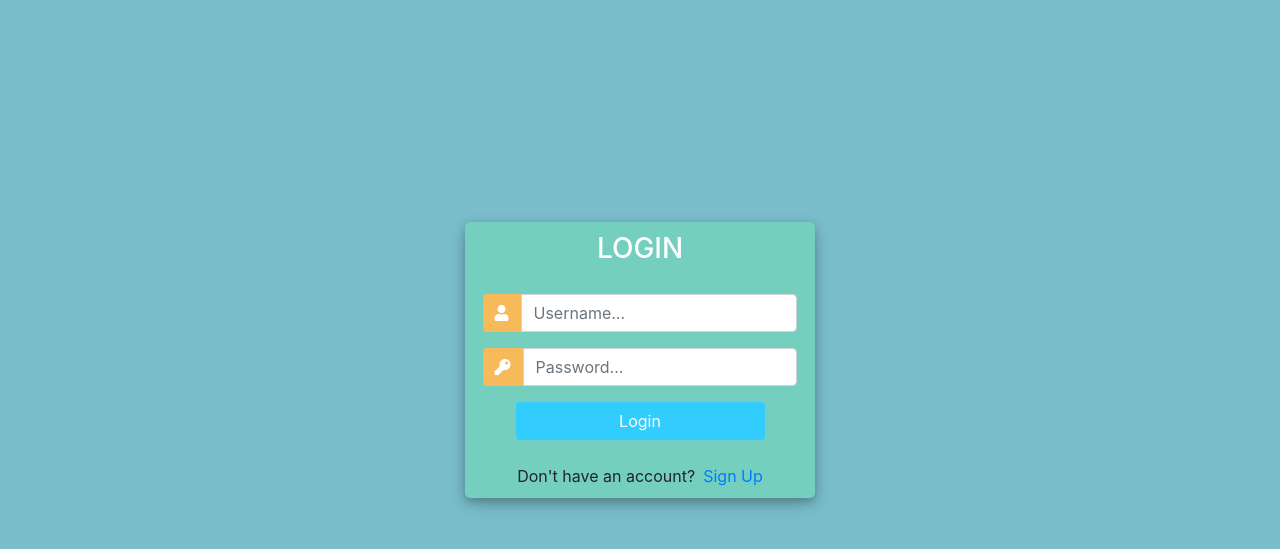
Repository: rohollah-naghipour/Login-form
Page: http://localhost/login/
The author's editor kept a copy of each file at every save. The page is drawn from the files as they stood at one save, then again after the next save.
The browser window is 1280 px wide. The pictures show the whole page.
Some web libraries are served in a nearby version. The page is served by the project's application, run on Django 5.2 (manage.py). Other server files are loaded and not shown.

Above is the page before, as saved 2024-12-07 13:53:08.

### users/templates/login.html


<!DOCTYPE html>
<html>

<head>
	<title>Login</title>
	<link rel="stylesheet" href="https://stackpath.bootstrapcdn.com/bootstrap/4.1.3/css/bootstrap.min.css" integrity="sha384-MCw98/SFnGE8fJT3GXwEOngsV7Zt27NXFoaoApmYm81iuXoPkFOJwJ8ERdknLPMO" crossorigin="anonymous">
	<script src="https://ajax.googleapis.com/ajax/libs/jquery/3.3.1/jquery.min.js"></script>
	<link rel="stylesheet" href="https://use.fontawesome.com/releases/v5.6.1/css/all.css" integrity="sha384-gfdkjb5BdAXd+lj+gudLWI+BXq4IuLW5IT+brZEZsLFm++aCMlF1V92rMkPaX4PP" crossorigin="anonymous">


	<style>
		body,
		html {
			margin: 0;
			padding: 0;
			height: 100%;
			background: #7abecc !important;
		}
		.user_card {
			width: 350px;
			margin-top: auto;
			margin-bottom: auto;
			background: #74cfbf;
			position: relative;
			display: flex;
			justify-content: center;
			flex-direction: column;
			padding: 10px;
			box-shadow: 0 4px 8px 0 rgba(0, 0, 0, 0.2), 0 6px 20px 0 rgba(0, 0, 0, 0.19);
			-webkit-box-shadow: 0 4px 8px 0 rgba(0, 0, 0, 0.2), 0 6px 20px 0 rgba(0, 0, 0, 0.19);
			-moz-box-shadow: 0 4px 8px 0 rgba(0, 0, 0, 0.2), 0 6px 20px 0 rgba(0, 0, 0, 0.19);
			border-radius: 5px;

		}

		.form_container {
			margin-top: 20px;
		}

		#form-title{
			color: #fff;

		}

		.login_btn {
			width: 100%;
			background: #33ccff !important;
			color: white !important;
		}
		.login_btn:focus {
			box-shadow: none !important;
			outline: 0px !important;
		}
		.login_container {
			padding: 0 2rem;
		}
		.input-group-text {
			background: #f7ba5b !important;
			color: white !important;
			border: 0 !important;
			border-radius: 0.25rem 0 0 0.25rem !important;
		}
		.input_user,
		.input_pass:focus {
			box-shadow: none !important;
			outline: 0px !important;
		}

		#messages{
			background-color: grey;
			color: #fff;
			padding: 10px;
			margin-top: 10px;
		}
	</style>

</head>
<body>
	<div class="container h-100">
		<div class="d-flex justify-content-center h-100">
			<div class="user_card">
				<div class="d-flex justify-content-center">


					<h3 id="form-title">LOGIN</h3>
				</div>
				<div class="d-flex justify-content-center form_container">
					<form method="POST" action="">
						{% csrf_token %}
						<div class="input-group mb-3">
							<div class="input-group-append">
								<span class="input-group-text"><i class="fas fa-user"></i></span>
							</div>
							<input type="text" name="username" placeholder="Username..." class="form-control">
						</div>
						<div class="input-group mb-2">
							<div class="input-group-append">
								<span class="input-group-text"><i class="fas fa-key"></i></span>
							</div>
								<input type="password" name="password" placeholder="Password..." class="form-control" >
						</div>

							<div class="d-flex justify-content-center mt-3 login_container">
				 				<input class="btn login_btn" type="submit" value="Login">
				   			</div>
					</form>

				</div>

				<div class="mt-4">
					<div class="d-flex justify-content-center links">
						Don't have an account? <a href="{% url 'register' %}" class="ml-2">Sign Up</a>
					</div>

				</div>
			</div>
		</div>
	</div>
</body>

</html>

### users/views.py
from django.shortcuts import redirect
from django.http import HttpResponse
from django.contrib.auth.forms import UserCreationForm
from django.shortcuts import render
from django.contrib.auth import login,authenticate,logout

from .models import User
from .forms import CreateUserForm


def registerPage(request):
    if request.method == 'POST':
        username = request.POST['username']
        email = request.POST['email']
        password = request.POST['password']
        user = User.objects.create_user(username= username, email= email, password=password)
        login(request,user)
        return redirect('login/')
    return render(request, 'register.html',status = 200)

def loginPage(request):
    if request.method == 'POST':
        username = request.POST['username']
        password = request.POST['password']

        user = authenticate(request, username = username, password=password)
        if user is not None:
            login(request, user)
            return redirect('Home/')
        else:
            return render(request, 'login.html', {'error': 'Invalid username or password'})
    return render(request, 'login.html')

def homepage(request):
    return render(request, 'Home.html', status=200)

### Login_form/urls.py


from django.contrib import admin
from django.urls import path, include


urlpatterns = [
    path('admin/', admin.site.urls),
    path('', include('users.urls')),
]

### users/urls.py
from django.urls import path
from . import views


urlpatterns = [
    path('register/', views.registerPage ,name = 'register'),
    path('login/', views.loginPage, name = 'login'),
    path('register/login/Home/', views.homepage, name = 'home'),
    path('register/login/', views.loginPage, name = 'login'),
    path('login/Home/', views.homepage, name = 'home')
]

After the next save:
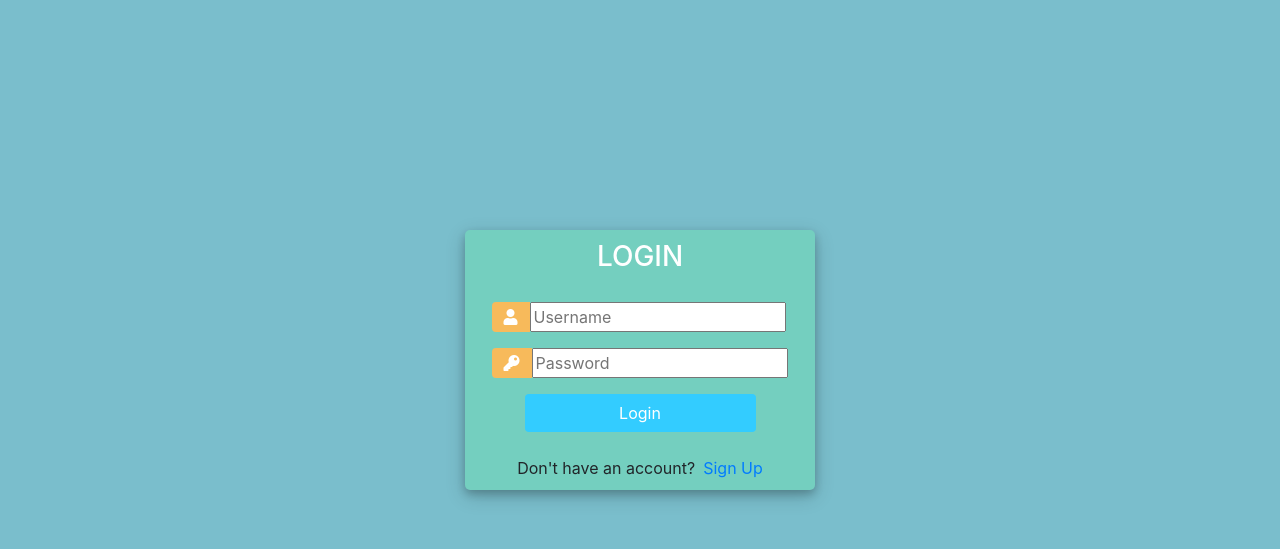
Saved 2 min 7 s later.
--- a/users/templates/login.html
+++ b/users/templates/login.html
@@ -93,13 +93,13 @@
 							<div class="input-group-append">
 								<span class="input-group-text"><i class="fas fa-user"></i></span>
 							</div>
-							<input type="text" name="username" placeholder="Username..." class="form-control">
+							<input class="login-input" type="text" id="username" name="username" placeholder="Username" required>
 						</div>
 						<div class="input-group mb-2">
 							<div class="input-group-append">
 								<span class="input-group-text"><i class="fas fa-key"></i></span>
 							</div>
-								<input type="password" name="password" placeholder="Password..." class="form-control" >
+							<input class="login-input" type="password" id="password" name="password" placeholder="Password" required>
 						</div>
 
 							<div class="d-flex justify-content-center mt-3 login_container">
